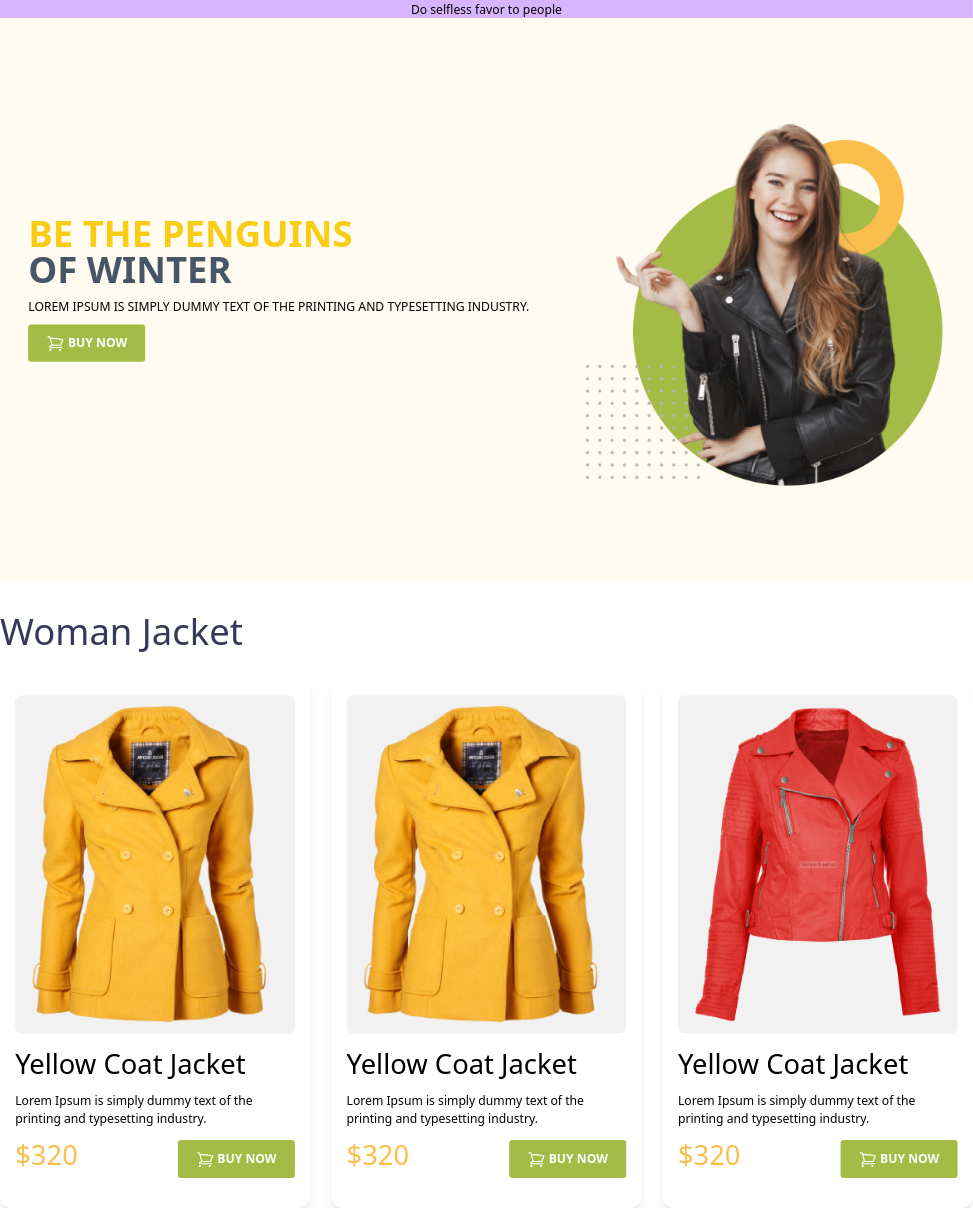
Repository: zjria/penguin-e-commerce-fashion
Page: index.html
The author's editor kept a copy of each file at every save. The page is drawn from the files as they stood at one save, then again after the next save.
The browser window is 1280 px wide. The pictures show the whole page, at 76% of full size.
Some web libraries are served in a nearby version.

Above is the page before, as saved 2022-10-07 08:34:14.

After the next save:
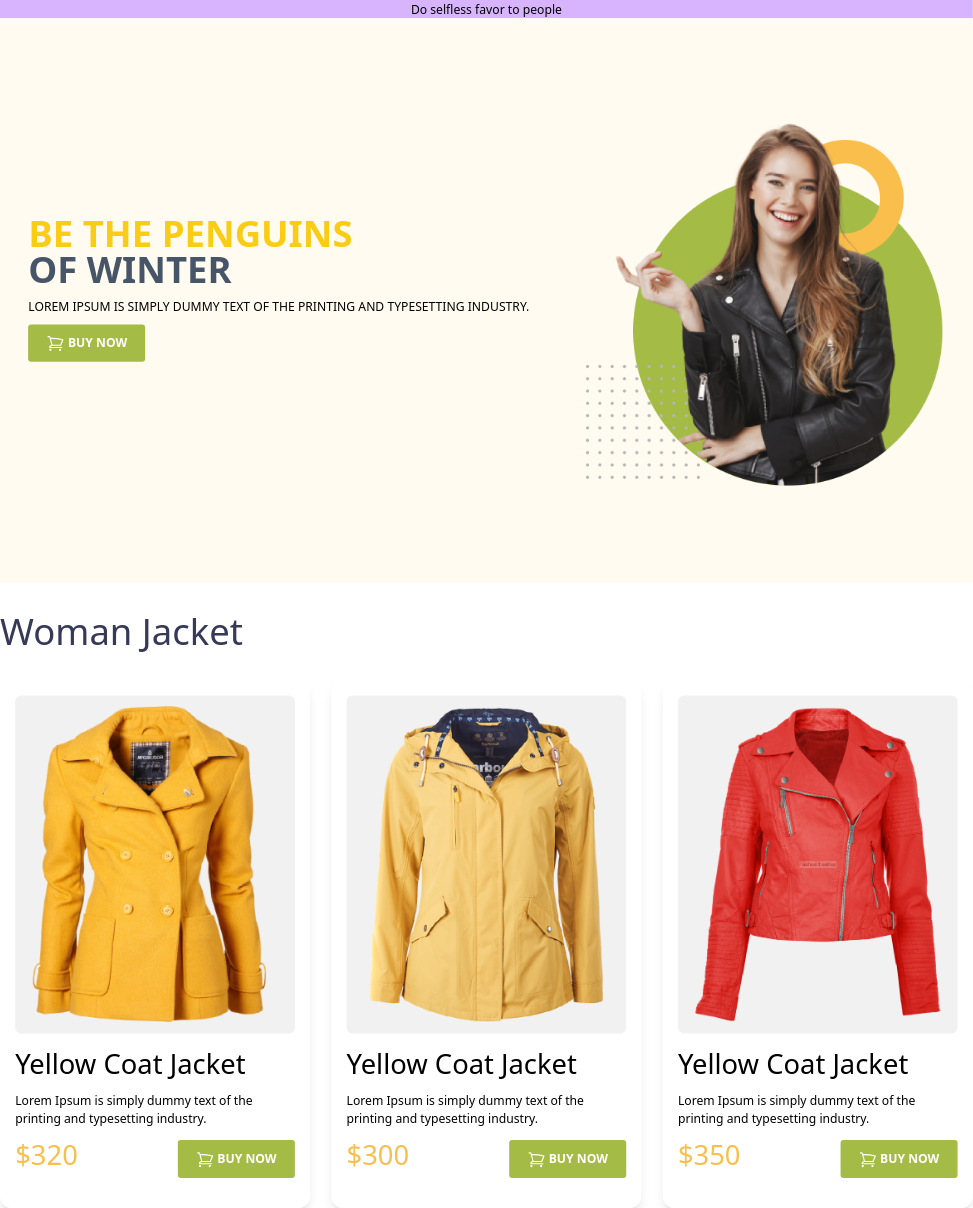
Saved 35 s later.
--- a/index.html
+++ b/index.html
@@ -91,14 +91,14 @@
                 <div class="full_card_bg ">
                     <div class="rounded-2xl shadow-lg p-5">
                         <div class="p-3 bg-card_bg rounded-lg">
-                            <img src="images/jacket-1.png" alt="">
+                            <img src="images/jacket-2.png" alt="">
                         </div>
                         <div class="py-3">
                             <h3 class="text-4xl py-2">Yellow Coat Jacket</h3>
                             <p class="py-2">Lorem Ipsum is simply dummy text of the
                                 printing and typesetting industry.</p>
                             <div class="flex justify-between py-2">
-                                <h3 class="text-4xl text-price_color">$320</h3>
+                                <h3 class="text-4xl text-price_color">$300</h3>
                                 <button
                                     class="uppercase bg-[#A4BC46] py-3 px-6 text-white font-semibold rounded font-anther_text">
                                     <svg xmlns="http://www.w3.org/2000/svg" fill="none" viewBox="0 0 24 24"
@@ -121,7 +121,7 @@
                             <p class="py-2">Lorem Ipsum is simply dummy text of the
                                 printing and typesetting industry.</p>
                             <div class="flex justify-between py-2">
-                                <h3 class="text-4xl text-price_color">$320</h3>
+                                <h3 class="text-4xl text-price_color">$350</h3>
                                 <button
                                     class="uppercase bg-[#A4BC46] py-3 px-6 text-white font-semibold rounded font-anther_text">
                                     <svg xmlns="http://www.w3.org/2000/svg" fill="none" viewBox="0 0 24 24"
